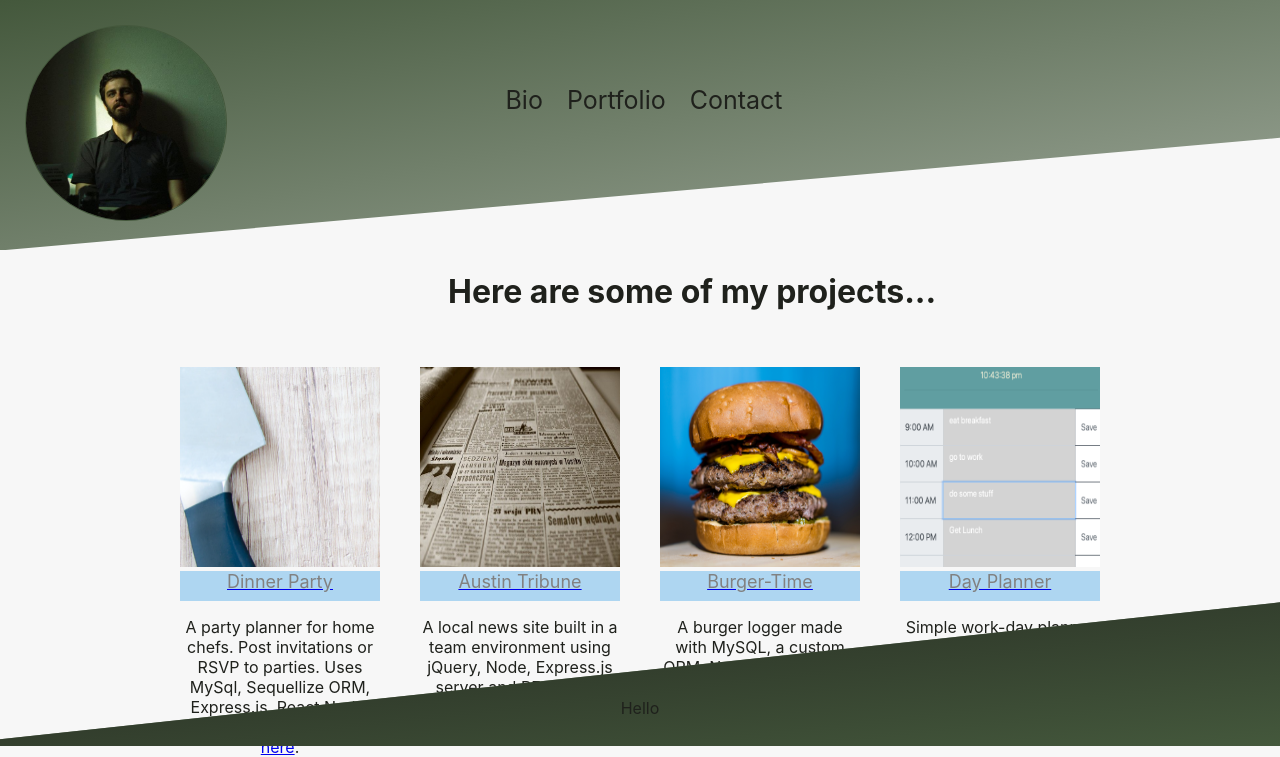
Repository: joeldelatte/react-portfolio
Page: /portfolio (app in client/)
An editor plug-in stored every save of this project. The page is shown before and after the next save, followed by the edit.
The browser window is 1280 px wide. The pictures show the whole page.
The project was rebuilt for these pictures with package versions that can differ from the ones it lists, and the page was loaded fresh each time. Also part of the build but not shown: client/src/App.css, client/src/Components/Bio/Bio.js, client/src/Components/Contact/Contact.js.

Above is the page before, as saved 2020-07-11 00:16:34.

After the next save:
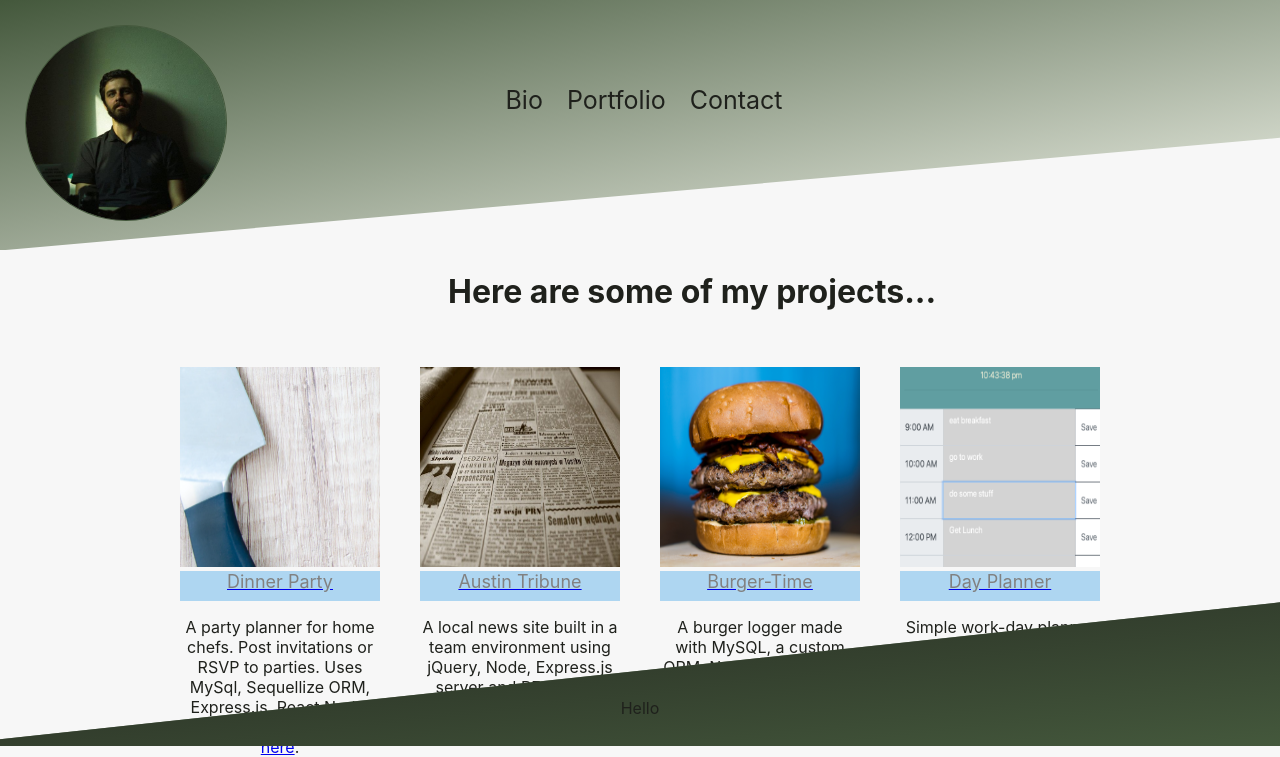
Saved 27 s later.
--- a/client/src/Page/Page.css
+++ b/client/src/Page/Page.css
@@ -1,6 +1,6 @@
 .header {
   height: 38%;
-  background-image: linear-gradient(to right bottom, rgba(68,88,60, 1), rgba(68,88,60, 0.501));
+  background-image: linear-gradient(to right bottom, rgba(68,88,60, 1), rgba(241,246,226, 0.501));
   background-size: cover;
   background-position: top;
   position: relative;
